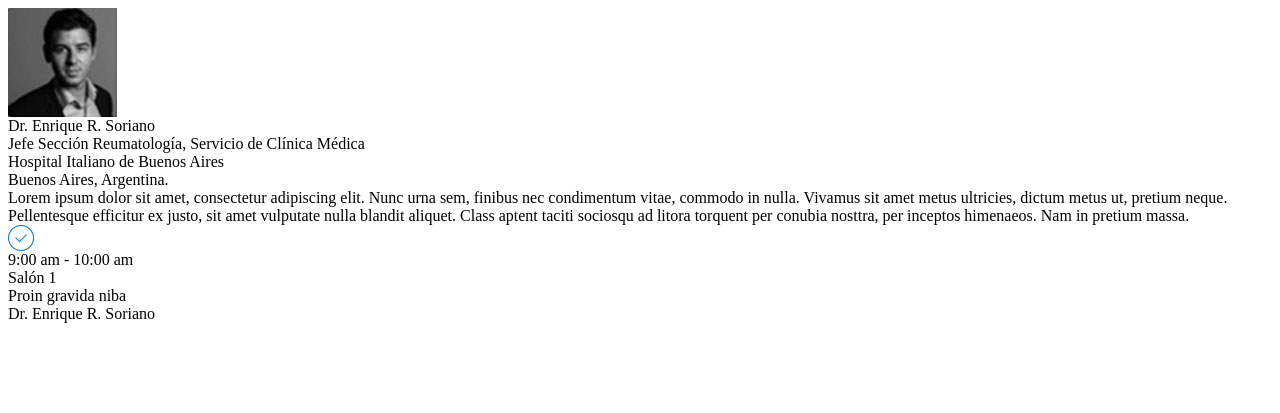
Repository: pacoigloo/Anexia
Page: conferencista.html
The author's editor kept a record of every edit. The page is drawn from the files as they stood at one moment, then again after the next edit.
The browser window is 1280 px wide. The pictures show the whole page.

Above is the page before.

### conferencista.html
<div class="conferencista-header">
    <img src="img/img-barnabe.jpg" alt="Barnabe Lourdel"/>
    <div>
        <div>Dr. Enrique R. Soriano</div>
        <div>Jefe Sección Reumatología, Servicio de Clínica Médica</div>
        <div>Hospital Italiano de Buenos Aires</div>
        <div>Buenos Aires, Argentina.</div>
    </div>
</div>
<div class="conferencista-texto">
    Lorem ipsum dolor sit amet, consectetur adipiscing elit. Nunc urna sem, finibus nec condimentum vitae, commodo in nulla. Vivamus sit amet metus ultricies, dictum metus ut, pretium neque. Pellentesque efficitur ex justo, sit amet vulputate nulla blandit aliquet. Class aptent taciti sociosqu ad litora torquent per conubia nosttra, per inceptos himenaeos. Nam in pretium massa.
</div>
<div id="conferencista-horario">
    <div id="horario-first">
        <img src="img/check.png" alt="check" />
        <div>9:00 am - 10:00 am</div>
        <div>Salón 1</div>
    </div>
    <div id="horario-otro">
        <div>Proin gravida niba</div>
        <div>Dr. Enrique R. Soriano</div>
    </div>
</div>

After the next edit:
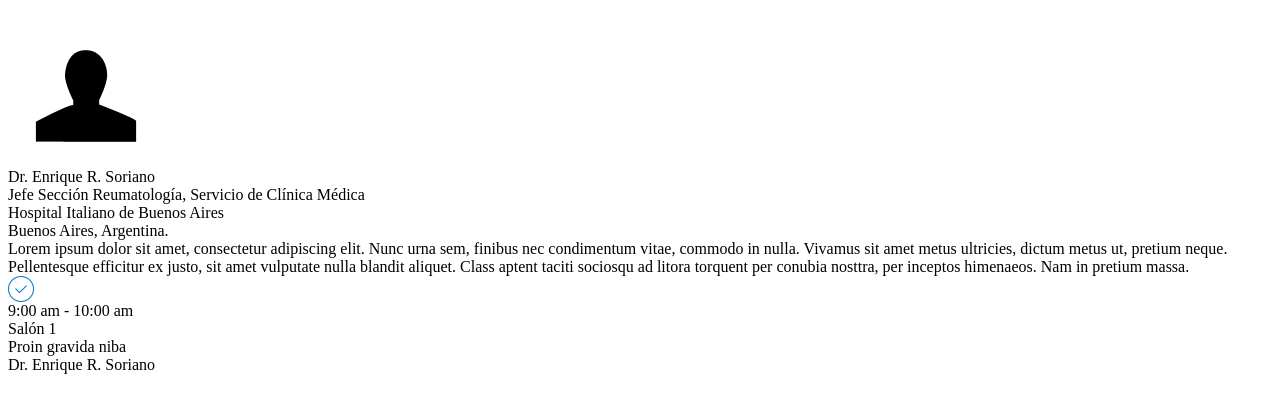
The edit:
--- a/conferencista.html
+++ b/conferencista.html
@@ -1,5 +1,5 @@
 <div class="conferencista-header">
-    <img src="img/img-barnabe.jpg" alt="Barnabe Lourdel"/>
+    <img src="img/img-barnabe.png" alt="Barnabe Lourdel"/>
     <div>
         <div>Dr. Enrique R. Soriano</div>
         <div>Jefe Sección Reumatología, Servicio de Clínica Médica</div>
